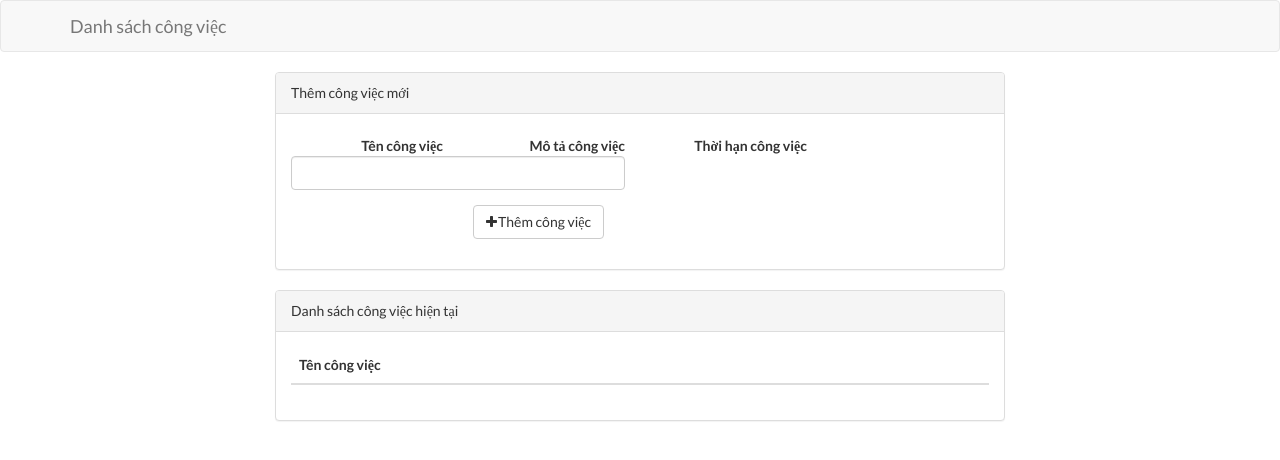
Repository: pvdrh/Laravel_Todo
Page: http://localhost/frontend/task
These files come from the project's save history. The page is drawn as it stood at one moment and after the next save; the edit follows.
The browser window is 1280 px wide. The pictures show the whole page.
Some web libraries are served in a nearby version. The page is served by the project's Laravel application, run on PHP 8.4 with Laravel 8. Queries for data that is not in the repository find no rows.

Above is the page before, as saved 2020-10-17 23:47:15.

After the next save:
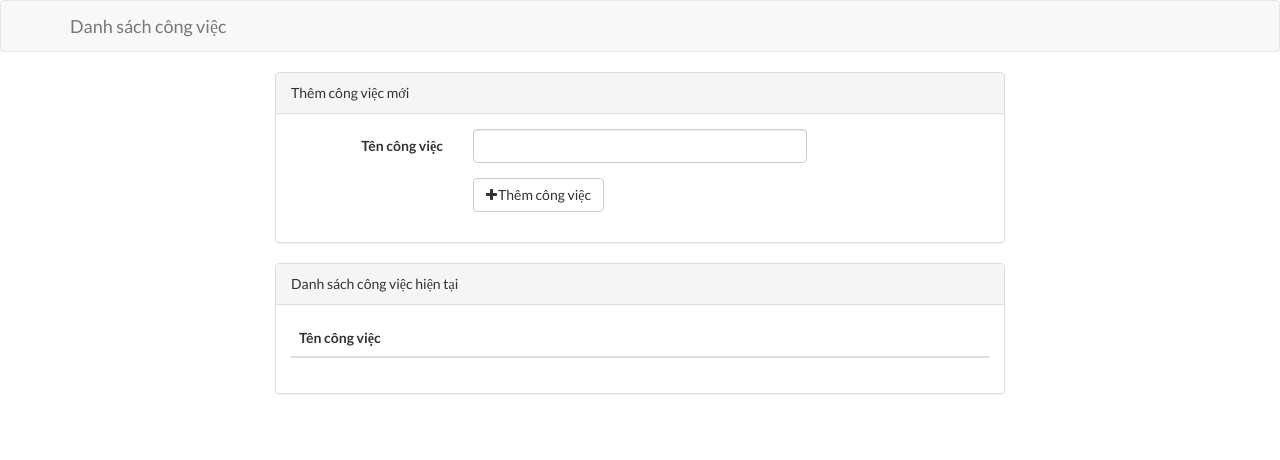
Saved 21 s later.
--- a/resources/views/tasks/list.blade.php
+++ b/resources/views/tasks/list.blade.php
@@ -68,8 +68,6 @@
                 <!-- Task Name -->
                     <div class="form-group">
                         <label for="task-name" class="col-sm-3 control-label">Tên công việc</label>
-                        <label for="task-name" class="col-sm-3 control-label">Mô tả công việc</label>
-                        <label for="task-name" class="col-sm-3 control-label">Thời hạn công việc</label>
 
                         <div class="col-sm-6">
                             <input type="text" name="name" id="task-name" class="form-control" value="{{ old('task') }}">
